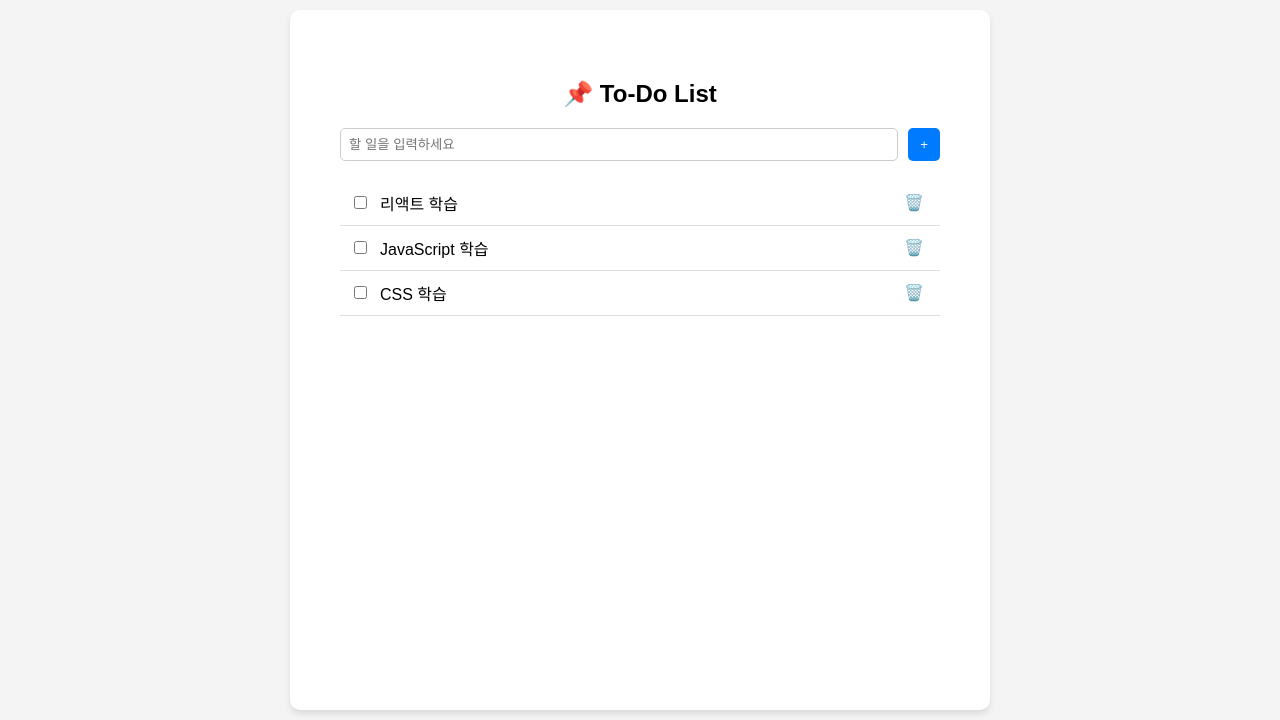
Repository: jongheonleee/todo-list
Page: /
These files come from the project's save history. The page is drawn as it stood at one moment and after the next save; the edit follows.
The browser window is 1280 px wide. The pictures show the whole page.
The project was rebuilt for these pictures with package versions that can differ from the ones it lists, and the page was loaded fresh each time.

Above is the page before, as saved 2025-02-19 15:37:01.

### src/App.js

import React from "react";
import { useState } from "react";
import "./App.css";
import InputForm from "./components/InputForm";
import ToDoList from "./components/ToDoList";


const App = () => {
  // 해당 컴포넌트에서 관리해야할 필드값 정의

  // 기본적으로 보여줄 리스트
  const [id, setId] = useState(-1); // 특정 아잉템에 해당하는 id
  const [items, setItems] = useState([{ id : 1, text : "리액트 학습", done : false},
                                      { id : 2, text : "JavaScript 학습", done : false},
                                      { id : 3, text : "CSS 학습", done : false}]); // 기본적으로 보여줄 items


  // 해당 컴포넌트에서 관리하는 필드값을 핸들링하는 함수 정의
  const handleDelete = (id) => {
    // 삭제 버튼 누르면 해당 아이템을 삭제함

    // - 사용자가 누른 아이템의 id가 현재 배열에 있는지 확인
    // - 해당 id에 대응되는 아이템이 있으면 해당 아이템을 제거한다
    const newItems = items.filter(item => item.id !== id);
    console.log(newItems);

    // - items를 업데이트한다
    setItems(newItems);

    // - id를 초기화한다.
    setId(-1);

  };

  const handleAdd = () => {
    // 입력 폼을 입력하고 추가 버튼을 누르면 새로운 아이템을 등록함
  };

  const handleEdit = () => {
    // 수정 버튼을 누르면 해당 아이템의 필드값을 수정함

  };

  const handleAlert = () => {
    // 클라이언트에게 창을 띄워서 알림을 통지함

  };

  const clearItems = () => {
    // 모든 아이템을 지움

  }

  // 렌더링할 페이지 형태
  return (
    <div className="container">
      <div className="sub-container">
        <h2>📌 To-Do List</h2>


        {/* 입력 부분  */}
        <InputForm

        />

        {/* todo-list 부분 */}
        <ToDoList
          items={items}
          handleDelete={handleDelete}
        />

      </div>
    </div>
  );
}

export default App;

### src/App.css
/* styles.css */
.container {
  font-family: Arial, sans-serif;
  background-color: #f4f4f4;
  display: flex;
  justify-content: center;
  align-items: center;
  height: 100vh;
  margin: 0;
}

.sub-container {
  background: white;
  padding: 50px;
  border-radius: 10px;
  box-shadow: 0 4px 6px rgba(0, 0, 0, 0.1);
  width: 600px;
  height: 600px;
}

h2 {
  text-align: center;
  margin-bottom: 20px;
}

.input-area {
  display: flex;
  gap: 10px;
}

input[type="text"] {
  flex: 1;
  padding: 8px;
  border: 1px solid #ccc;
  border-radius: 5px;
}

.add-btn {
  background: #007bff;
  color: white;
  border: none;
  padding: 8px 12px;
  cursor: pointer;
  border-radius: 5px;
}

.add-btn:hover {
  background: #0056b3;
}

.todo-list {
  list-style: none;
  padding: 0;
  margin-top: 20px;
}

.todo-list li {
  display: flex;
  justify-content: space-between;
  align-items: center;
  padding: 10px;
  border-bottom: 1px solid #ddd;
}

.todo-item {
  display: flex;
  align-items: center;
  gap: 10px;
}

.delete-btn {
  background: none;
  border: none;
  color: red;
  cursor: pointer;
  font-size: 16px;
}

.delete-btn:hover {
  color: darkred;
}

### src/components/InputForm.js
import React from "react";
import "./InputForm.css";

const InputForm = () => {
    return (
        <div className="input-area">
            <input type="text" placeholder="할 일을 입력하세요" />
            <button className="add-btn">+</button>
        </div>
    );
}

export default InputForm;

### src/components/ToDoList.js
import React from "react";
import ToDoItem from "./ToDoItem";
import "./ToDoList.css"

const ToDoList = ({ items, handleDelete }) => {
    return (
        <ul className="todo-list">
            {
                items.map(item => {
                    return (
                        <ToDoItem
                            id={item.id}
                            text={item.text}
                            done={item.done}
                            handleDelete={handleDelete}
                        />
                    )
                })
            }
            {/* <li>
                <div className="todo-item">
                    <input type="checkbox" />
                    <span>리액트 학습</span>
                </div>
                <button className="delete-btn">🗑️</button>
            </li> */}
          {/* <li>
            <div className="todo-item">
              <input type="checkbox" />
              <span>JavaScript 학습</span>
            </div>
            <button className="delete-btn">🗑️</button>
          </li>
          <li>
            <div className="todo-item">
              <input type="checkbox" />
              <span>CSS 학습</span>
            </div>
            <button className="delete-btn">🗑️</button>
          </li> */}
        </ul>
    )
}

export default ToDoList;

### src/components/InputForm.css
.input-area {
    display: flex;
    gap: 10px;
}

input[type="text"] {
    flex: 1;
    padding: 8px;
    border: 1px solid #ccc;
    border-radius: 5px;
}

.add-btn {
    background: #007bff;
    color: white;
    border: none;
    padding: 8px 12px;
    cursor: pointer;
    border-radius: 5px;
}

.add-btn:hover {
    background: #0056b3;
}

### src/components/ToDoItem.js
import React from "react";
import "./ToDoItem.css"

// item은 3가지 필드를 지님
// - id, text, done
const ToDoItem = ({ id, text, done, handleDelete }) => {
    return (
        <li>
            <div
                id={id}
                className="todo-item"
            >
                <input type="checkbox" />
                <span>{done ? <del>text</del> : text}</span>
            </div>
            <button className="delete-btn" onClick={() => handleDelete(id)}>🗑️</button>
        </li>
    )
}

export default ToDoItem;

### src/components/ToDoList.css
.todo-list {
    list-style: none;
    padding: 0;
    margin-top: 20px;
}

.todo-item li {
    display: flex;
    justify-content: space-between;
    align-items: center;
    padding: 10px;
    border-bottom: 1px solid #ddd;
}

.todo-item {
    display: flex;
    align-items: center;
    gap: 10px;
}

.delete-btn {
    background: none;
    border: none;
    color: red;
    cursor: pointer;
    font-size: 16px;
}

.delete-btn:hover {
    color: darkred;
}

### src/components/ToDoItem.css
.todo-item li {
    display: flex;
    justify-content: space-between;
    align-items: center;
    padding: 10px;
    border-bottom: 1px solid #ddd;
}

.todo-item {
    display: flex;
    align-items: center;
    gap: 10px;
}

.delete-btn {
    background: none;
    border: none;
    color: red;
    cursor: pointer;
    font-size: 16px;
}

.delete-btn:hover {
    color: darkred;
}

Loaded but not shown: public/index.html (common file); src/index.js (common file); src/index.css (common file); src/reportWebVitals.js (common file)

After the next save:
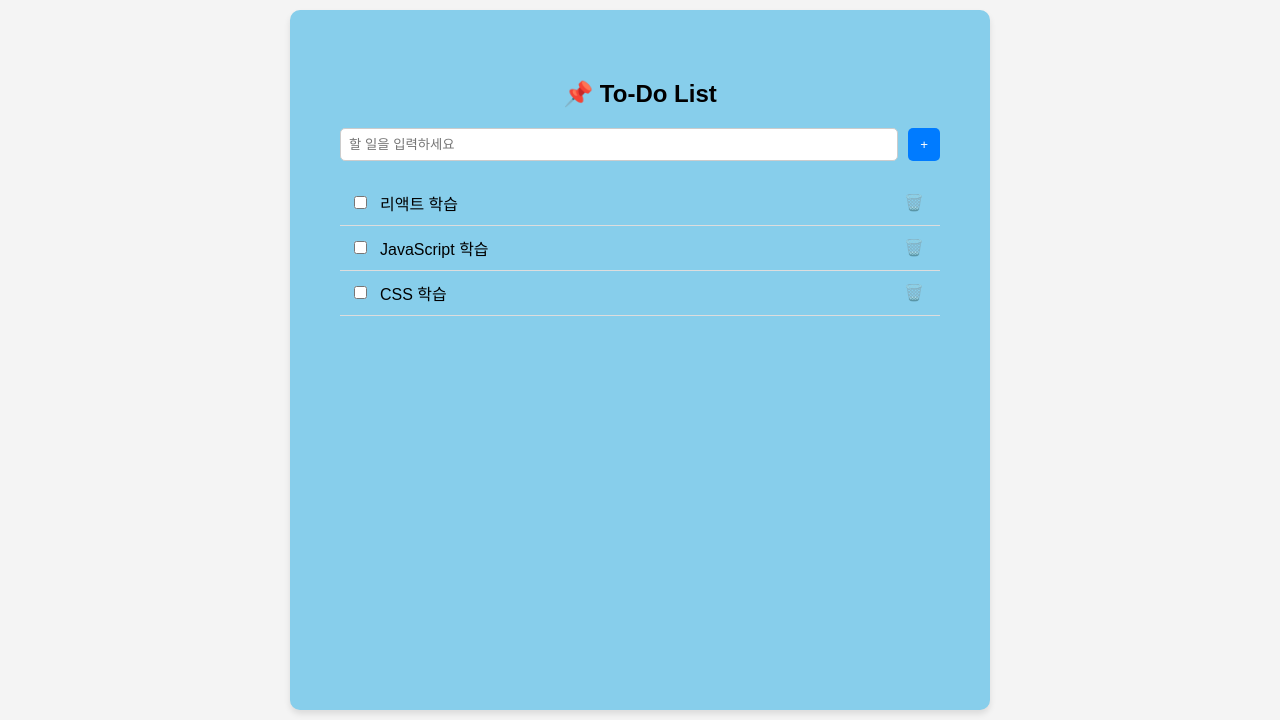
Saved 62 s later.
--- a/src/App.css
+++ b/src/App.css
@@ -10,7 +10,7 @@
 }
 
 .sub-container {
-  background: white;
+  background-color: #87CEEB;
   padding: 50px;
   border-radius: 10px;
   box-shadow: 0 4px 6px rgba(0, 0, 0, 0.1);
